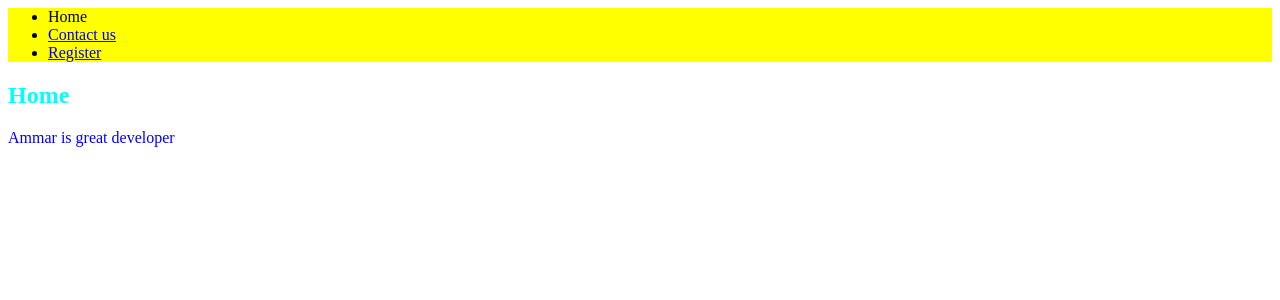
Repository: engammar111/css
Page: index.html
The author's editor kept a copy of each file at every save. The page is drawn from the files as they stood at one save, then again after the next save.
The browser window is 1280 px wide. The pictures show the whole page.

Above is the page before, as saved 2021-07-31 15:05:48.

After the next save:
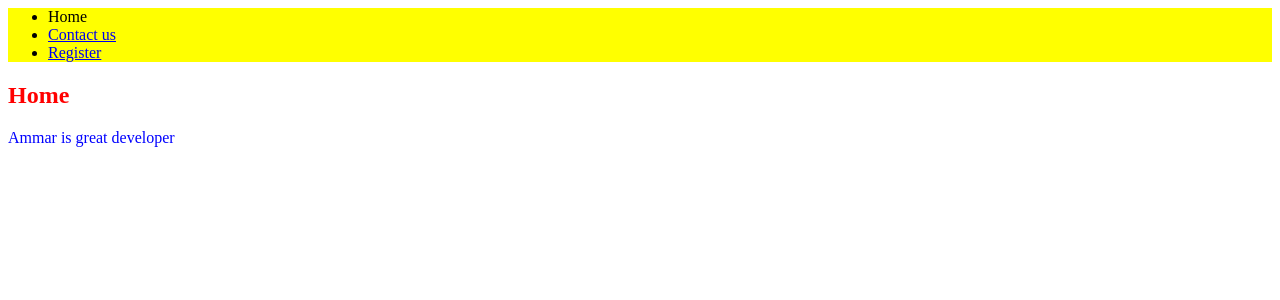
Saved 13 s later.
--- a/index.html
+++ b/index.html
@@ -14,7 +14,7 @@
       </nav>
     </header>
     <section>
-      <h1 style="color: aqua">Home</h1>
+      <h1>Home</h1>
       <p>Ammar is great developer</p>
     </section>
   </body>
